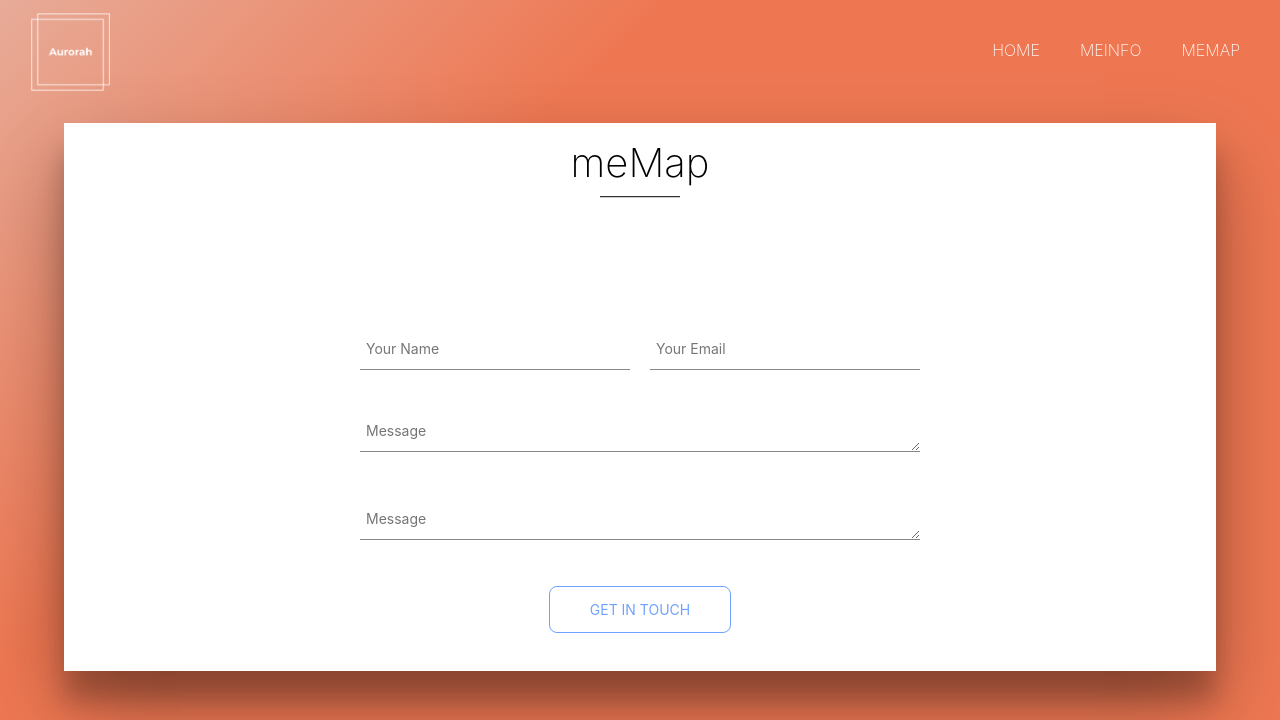
Repository: aasirvalji/saferMe
Page: /alt
The author's editor kept a copy of each file at every save. The page is drawn from the files as they stood at one save, then again after the next save.
The browser window is 1280 px wide. The pictures show the whole page.
An inner scrolling area shows only its first screen. The project was rebuilt for these pictures with package versions that can differ from the ones it lists, and the page was loaded fresh each time. Also part of the build but not shown: src/components/Landing.js, src/styles/Services.css, src/components/Services.js, src/styles/MapDisplay.css, src/mapStyles.js, src/components/MapDisplay.js, src/styles/AboutDisplay.css, src/components/AboutDisplay.js and 1 more.

Above is the page before, as saved 2020-02-15 11:56:05.

### public/index.html
<!DOCTYPE html>
<html lang="en">
  <head>
    <meta charset="utf-8" />
    <link rel="icon" href="%PUBLIC_URL%/favicon.ico" />
    <meta name="viewport" content="width=device-width, initial-scale=1" />
    <meta name="theme-color" content="#000000" />
    <meta
      name="description"
      content="Web site created using create-react-app"
    />
    <link rel="apple-touch-icon" href="%PUBLIC_URL%/logo192.png" />
    <!--
      manifest.json provides metadata used when your web app is installed on a
      user's mobile device or desktop. See https://developers.google.com/web/fundamentals/web-app-manifest/
    -->
    <link rel="manifest" href="%PUBLIC_URL%/manifest.json" />
    <!--
      Notice the use of %PUBLIC_URL% in the tags above.
      It will be replaced with the URL of the `public` folder during the build.
      Only files inside the `public` folder can be referenced from the HTML.

      Unlike "/favicon.ico" or "favicon.ico", "%PUBLIC_URL%/favicon.ico" will
      work correctly both with client-side routing and a non-root public URL.
      Learn how to configure a non-root public URL by running `npm run build`.
    -->

    <link
    rel="stylesheet"
    href="https://maxcdn.bootstrapcdn.com/bootstrap/4.3.1/css/bootstrap.min.css"
    integrity="sha384-ggOyR0iXCbMQv3Xipma34MD+dH/1fQ784/j6cY/iJTQUOhcWr7x9JvoRxT2MZw1T"
    crossorigin="anonymous"
  />

  <link rel="stylesheet" href="https://use.fontawesome.com/releases/v5.7.2/css/all.css" integrity="sha384-fnmOCqbTlWIlj8LyTjo7mOUStjsKC4pOpQbqyi7RrhN7udi9RwhKkMHpvLbHG9Sr" crossorigin="anonymous">

    <title>Aurorah</title>
  </head>
  <body>
    <noscript>You need to enable JavaScript to run this app.</noscript>
    <div id="root"></div>
    <!--
      This HTML file is a template.
      If you open it directly in the browser, you will see an empty page.

      You can add webfonts, meta tags, or analytics to this file.
      The build step will place the bundled scripts into the <body> tag.

      To begin the development, run `npm start` or `yarn start`.
      To create a production bundle, use `npm run build` or `yarn build`.
    -->
  </body>
</html>

### src/App.js
import React from 'react';
import './App.css';
import Navigate from './components/Navigate'
import Landing from './components/Landing'
import Services from './components/Services'
import MapDisplay from './components/MapDisplay'
import AltDisplay from './components/AltDisplay'
import AboutDisplay from './components/AboutDisplay'

import SampleDisplay from './components/SampleDisplay';


import {
  BrowserRouter as Router,
  Switch,
  Route,
} from "react-router-dom";

class App extends React.Component { //when working with any type of data, call it in App then pass to comp on interest

  constructor(props) {
    super(props);

  }

/* start api sample */
/*
  componentDidMount() {
    fetch("https://api.example.com/items")
      .then(res => res.json())
      .then(
        (result) => {
          this.setState({
            isLoaded: true,
            items: result.items
          });
        },
        // Note: it's important to handle errors here
        // instead of a catch() block so that we don't swallow
        // exceptions from actual bugs in components.
        (error) => {
          this.setState({
            isLoaded: true,
            error
          });
        }
      )
  }
  */
/* end api sample */
  render(){


  return (
    <Router>
    <div className="App">

    <Switch>

    <Route exact path="/">
    <div className='landing-div'>
    <Navigate></Navigate>
    <Landing></Landing>
    <img className='wave' src='https://www.ochrehealth.com.au/wp-content/uploads/2018/10/slider-wave.png' alt=''></img>  {/* wave pattern*/}
    </div>
    {/* services placement*/}
    {/* maps placement*/}
    </Route>

    <Route path="/about">
    <div className='about-background'>
    <Navigate></Navigate>

    <AboutDisplay></AboutDisplay>
    </div>
    </Route>

    <Route path="/map">
    <div className='map-background'>
    <Navigate></Navigate>

  <MapDisplay></MapDisplay>
    </div>
    </Route>

    <Route path="/graph">
    <div className='graph-background'>
    <Navigate></Navigate>


    </div>
    </Route>

    <Route path="/alt">
    <div className='alt-background'>
    <Navigate></Navigate>

    <AltDisplay></AltDisplay>
    </div>
    </Route>

    </Switch>

    </div>
    </Router>

  );
  }
}

export default App;

### src/App.css
.landing-div {
    height: 100vh;
	background: linear-gradient(-45deg, #ee7752, #e73c7e,#FF4136, #85144b);
	background-size: 400% 400%;
    animation: gradient 10s ease infinite;

}


@keyframes gradient {
	0% {
		background-position: 0% 50%;
	}
	50% {
		background-position: 100% 50%;
	}
	100% {
		background-position: 0% 50%;
	}
}

.landing-div .wave{
    margin-right: 20vh;
    height: 15vh;
    width: 100%;
    position: absolute;
    bottom: 0;
}

@media screen and (max-width:700px) {

    .landing-div {
        height: 110vh;
    }

    .landing-div .wave{
    display: none;
    }

}

.about-background{
    background: linear-gradient(-45deg, #23a6d5, #23a6d5,#23a6d5, #acceda);
    height: 100vh;
}

.map-background{
    background: linear-gradient(-45deg, #5444c4, #5444c4,#5444c4, #908ab9);
    height: 100vh;
}

.graph-background{
    background: linear-gradient(-45deg, #e73c7e, #e73c7e,#e73c7e, #e0a0b9);
    height: 100vh;
}

.alt-background{
    background: linear-gradient(-45deg, #ee7752, #ee7752,#ee7752, #e7ab98);
    height: 100vh;
}

### src/components/Navigate.js
import React from 'react';
import '../styles/Navigate.css';
import {}
from 'react-bootstrap';
import img from '../assets/Au.png'

import { Link } from "react-router-dom";


function Navigate() {
    return (
    <>
  <div class="header">
    <h2 class="logo"><img src={img}></img></h2>
    <input type="checkbox" id="chk"></input>
    <label for="chk" class="show-menu-btn">
      <i class="fas fa-ellipsis-h"></i>
    </label>

    <ul class="menu">
      <Link to="/"><a>Home</a></Link>
      {/*<Link to="/about"><a>About</a></Link>*/}
      <Link to="/alt"><a>meInfo</a></Link>
      <Link to="/map"><a>meMap</a></Link>
      {/*<Link to="/graph"><a>eGraph</a></Link>*/}

      <label for="chk" class="hide-menu-btn">
        <i class="fas fa-times"></i>
      </label>
    </ul>
  </div>
</>
);
}


export default Navigate;

### src/components/AltDisplay.js
import React from 'react';
import '../styles/AltDisplay.css'




class AltDisplay extends React.Component{

  constructor(props){
    super(props);

    this.state = {value: ''};

    this.handleChange = this.handleChange.bind(this);
    this.handleSubmit = this.handleSubmit.bind(this);
}

handleChange(event) {
  this.setState({value: event.target.value});
}

handleSubmit(event) {
  console.log(this.state.value);
  alert('A name was submitted: ' + this.state.value);
  event.preventDefault();
}

render(){
    return(
        <>

<div className='alt-con'>

<div className='alt-header'>
<h1>meMap</h1>
</div>

<form class="contact-section" onSubmit={this.handleSubmit}>
      <div class="inner-width">
        <input type="text" class="name" placeholder="Your Name" value={this.state.value} onChange={this.handleChange} ></input>
        <input type="email" class="email" placeholder="Your Email"></input>
        <textarea rows="1" placeholder="Message" class="message"></textarea>
        <textarea rows="1" placeholder="Message" class="message"></textarea>
        <button type='submit' value="Submit">Get in touch</button>
      </div>
    </form>

</div>

        </>
    )
}
}


export default AltDisplay;

### src/styles/Navigate.css
/* Start Navbar */

.header{
    height: 100px;
    background: transparent;
    padding: 0 20px;
    color: white;
    font-weight: 200;
  }
  .logo{
    line-height: 100px;
    float: left;
  }

  .header h2{
    font-weight: 200;
  }

  .header img{
    width: 12vh;
    height: 12vh;
    margin-left: 1vh;
  }

  .menu{
    float: right;
    line-height: 100px;
  }
  .menu a{
    color: white;
    text-transform: uppercase;
    text-decoration: none;
    padding: 0 10px;
    transition: 0.4s;
  }
  .show-menu-btn,.hide-menu-btn{
    transition: 0.4s;
    font-size: 30px;
    cursor: pointer;
    display: none;
  }
  .show-menu-btn{
    float: right;
  }
  .show-menu-btn i{
    line-height: 100px;
  }
  .menu a:hover,
  .show-menu-btn:hover,
  .hide-menu-btn:hover{
    transition: .5s;
    color: black;
  }

  #chk{
    position: absolute;
    visibility: hidden;
    z-index: -1111;
  }

  .content{
    padding: 0 20px;
  }
  .content img{
    width: 100%;
    max-width: 700px;
    margin: 20px 0;
  }
  .content p{
    text-align: justify;
  }

  @media screen and (max-width:800px) {
    .show-menu-btn,.hide-menu-btn{
      display: block;
    }
    .menu{
      position: fixed;
      width: 100%;
      height: 100vh;
      background: linear-gradient(-45deg, #ee7752, #e73c7e,#5444c4, #23a6d5);
      right: -100%;
      top: 0;
      text-align: center;
      padding: 80px 0;
      line-height: normal;
      transition: 0.7s;
      z-index: 1000;
    }
    .menu a{
      display: block;
      padding: 20px;
    }

    .menu a:hover{
      cursor: pointer;
    }

    .hide-menu-btn{
      position: absolute;
      top: 40px;
      right: 40px;
    }
    #chk:checked ~ .menu{
      right: 0;
    }
  }

  /* End Navbar */

### src/styles/Landing.css


  * {
    box-sizing: border-box;
    margin: 0;
    padding: 0;
  }


  h1 {
    line-height: 1.3;

  }

  img {
    width: 90%;
  }

  .container {
    max-width: 1200px;
    margin: auto;
    padding: 0 2rem;
    margin-top: 13vh;
  }

  .container h1, p{
    margin-top: 10vh;
    color: white;
  }

  .main-header{
    -webkit-animation: fadein 4s; /* Safari, Chrome and Opera > 12.1 */
    -moz-animation: fadein 4s; /* Firefox < 16 */
     -ms-animation: fadein 4s; /* Internet Explorer */
      -o-animation: fadein 4s; /* Opera < 12.1 */
         animation: fadein 4s;
  }

  .main-subheader{
    -webkit-animation: fadein 4s; /* Safari, Chrome and Opera > 12.1 */
    -moz-animation: fadein 4s; /* Firefox < 16 */
     -ms-animation: fadein 4s; /* Internet Explorer */
      -o-animation: fadein 4s; /* Opera < 12.1 */
         animation: fadein 4s;
  }

  .section-a {
    margin: 2rem 0;
  }

  .section-a .container {
    display: grid;
    grid-template-columns: 1fr 1fr;
    grid-gap: 3rem;
    align-items: center;
    justify-content: center;
  }

  .section-a h1 {
    font-size: 4rem;
    font-weight: 200;
  }

  .section-a p {
    font-size: 1.1rem;
    margin: 1rem 0 0 .775vh;
    font-weight: 200;
  }

  .floating{
    animation-name: floating;
    animation-duration: 3s;
    animation-iteration-count: infinite;
    animation-timing-function: ease-in-out;
    z-index: 100;
  }


  @keyframes floating {
    from { transform: translate(0,  0px); }
    50%  { transform: translate(0, 20px); }
    to   { transform: translate(0, -0px); }
}

  @media (max-width: 700px) {
    .section-a .container {
      grid-template-columns: 1fr;
      text-align: center;
    }

    .section-a .container div:first-child {
      order: 2;
    }

    .section-a .container div:nth-child(2) {
      order: -1;
    }

    .section-a img {
      width: 80%;
      margin: auto;
    }
  }

/* fade in animation*/

@keyframes fadein {
  from { opacity: 0; }
  to   { opacity: 1; }
}

/* Firefox < 16 */
@-moz-keyframes fadein {
  from { opacity: 0; }
  to   { opacity: 1; }
}

/* Safari, Chrome and Opera > 12.1 */
@-webkit-keyframes fadein {
  from { opacity: 0; }
  to   { opacity: 1; }
}

/* Internet Explorer */
@-ms-keyframes fadein {
  from { opacity: 0; }
  to   { opacity: 1; }
}

/* Opera < 12.1 */
@-o-keyframes fadein {
  from { opacity: 0; }
  to   { opacity: 1; }
}

### src/styles/AltDisplay.css
/* Try adding wave to Navbar */

.alt-con{
    transform: translateY(1vh);
    color: black;
    width: 90%;
    height: 76vh;
    margin: 15px auto;
    background: white;
    overflow: hidden;
    position: relative;
    top: 0;
    -webkit-box-shadow: 0 38px 76px rgba(0, 0, 0, 0.3), 0 30px 24px rgba(0, 0, 0, 0.22);
            box-shadow: 0 38px 76px rgba(0, 0, 0, 0.3), 0 30px 24px rgba(0, 0, 0, 0.22);
            overflow-y: auto;
}

.alt-con p{
    color: white;
}

.alt-header h1{
    color: black;
    text-align: center;
    font-weight: 200;
    margin-top: 2vh;
    margin-bottom: 8vh;
}

.alt-header h1:after {

    content: '';
    transform: translateY(1vh);
    margin: auto;
    border-bottom: .1vh solid black;
    width: 11vh;
    display: block;

}

.alt-details p{
    font-weight: 300;
    margin: auto;
    color: black;
    text-align: center;
    width: 50%;
    margin-bottom: 3vh;
}

.alt-details img{
    display: block;
    margin: 0 auto;
    height: 40vh;
    width: 50vh;
}

/* sample */

.middle{
    position: relative;
    margin: auto;
  }

  .task-list{
    width: 400px;
    padding: 40px;
    background: linear-gradient(-45deg, #ee7752, #ee7752,#ee7752, #e7ab98);
    background-size: cover;
  }
  .task-list h2{
    color: #fff;
    font-weight: 220;
  }
  .task{
    display: flex;
    padding: 10px 0;
    align-items: center;
    cursor: pointer;
    font-weight: 220;
  }

  .task input{
    position: absolute;
    visibility: hidden;
  }

  .task i{
    display: inline-block;
    width: 48px;
    height: 48px;
    border-radius: 50%;
    border: 1px solid white;
    text-align: center;
    line-height: 48px;
    font-size: 20px;
    margin-right: 14px;
    color: transparent;
  }

  .text{
    font-size: 18px;
    color: #fff;
  }

  .task input:checked ~ i{
    color: white;
  }

  .task input:checked ~ .text{
    text-decoration: line-through;
    color: white;
  }












  .contact-section{
    background: transparent;
    padding: 80px 0;
    text-align: center;
  }

  .inner-width{
    max-width: 600px;
    margin: auto;
    padding: 0 20px;
  }

  .contact-section h1{
    font-size: 20px;
    color: #888;
    margin-bottom: 40px;
    text-transform: uppercase;
    letter-spacing: 4px;
    font-weight: 400;
  }

  .name,.email,.message{
    background: none;
    border:none;
    outline: none;
    border-bottom: 1px solid;
    color: #888;
    padding: 10px 6px;
    font-size: 14px;
    margin-bottom: 40px;
  }

  .name{
    float: left;
    width: 270px;
  }

  .email{
    float: right;
    width: 270px;
  }

  .message{
    min-width: 100%;
    max-width: 100%;
  }


  .contact-section button{
    background: none;
    color: #70a1ff;
    border: 1px solid #70a1ff;
    padding: 12px 40px;
    border-radius: 8px;
    text-transform: uppercase;
    font-size: 14px;
    transition: 0.4s linear;
    cursor: pointer;
  }

  .contact-section button:hover{
    background: #70a1ff;
    color: #fff;
  }


  @media screen and (max-width:600px){
    .name,.email{
      width: 100%;
    }
  }

Loaded but not shown: src/index.js (common file); src/index.css (common file); src/serviceWorker.js (common file)

After the next save:
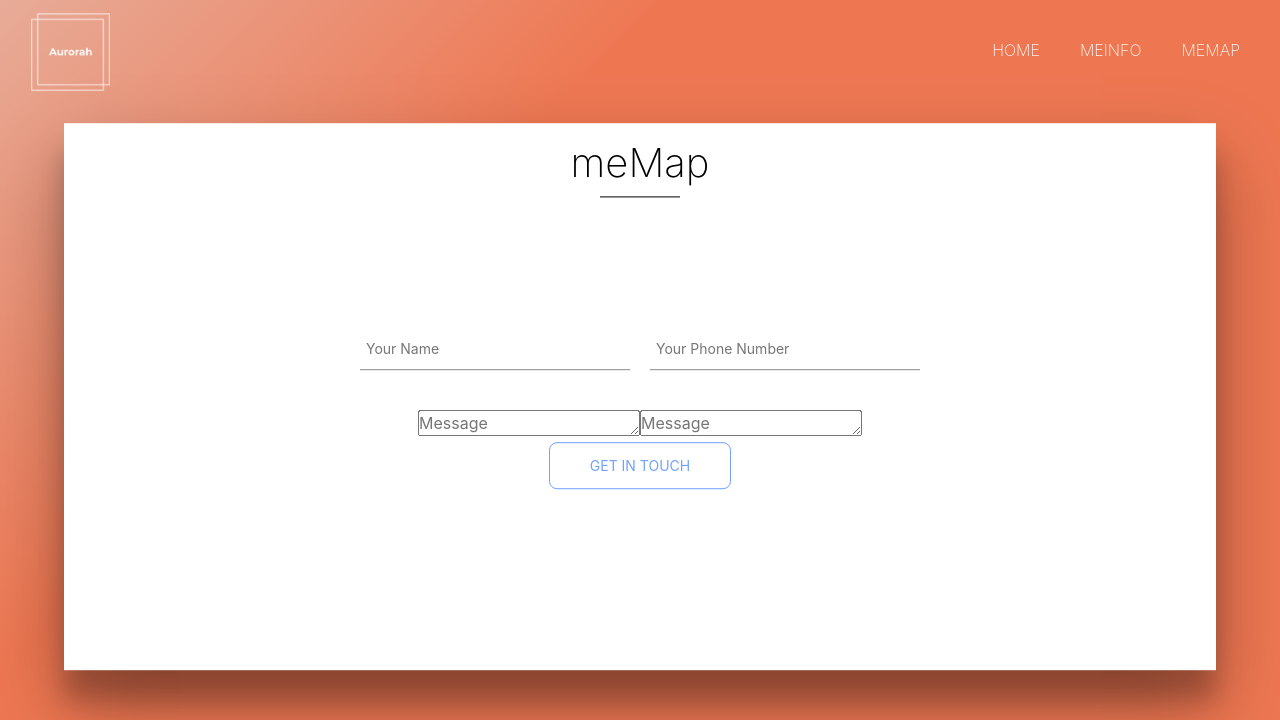
Saved 51 s later.
--- a/src/components/AltDisplay.js
+++ b/src/components/AltDisplay.js
@@ -38,9 +38,9 @@ render(){
 <form class="contact-section" onSubmit={this.handleSubmit}>
       <div class="inner-width">
         <input type="text" class="name" placeholder="Your Name" value={this.state.value} onChange={this.handleChange} ></input>
-        <input type="email" class="email" placeholder="Your Email"></input>
-        <textarea rows="1" placeholder="Message" class="message"></textarea>
-        <textarea rows="1" placeholder="Message" class="message"></textarea>
+        <input type="email" class="email" placeholder="Your Phone Number"></input>
+        <textarea rows="1" placeholder="Message" class="Your Emergency Contact Name"></textarea>
+        <textarea rows="1" placeholder="Message" class="Your Emergency Contact Number"></textarea>
         <button type='submit' value="Submit">Get in touch</button>
       </div>
     </form>
